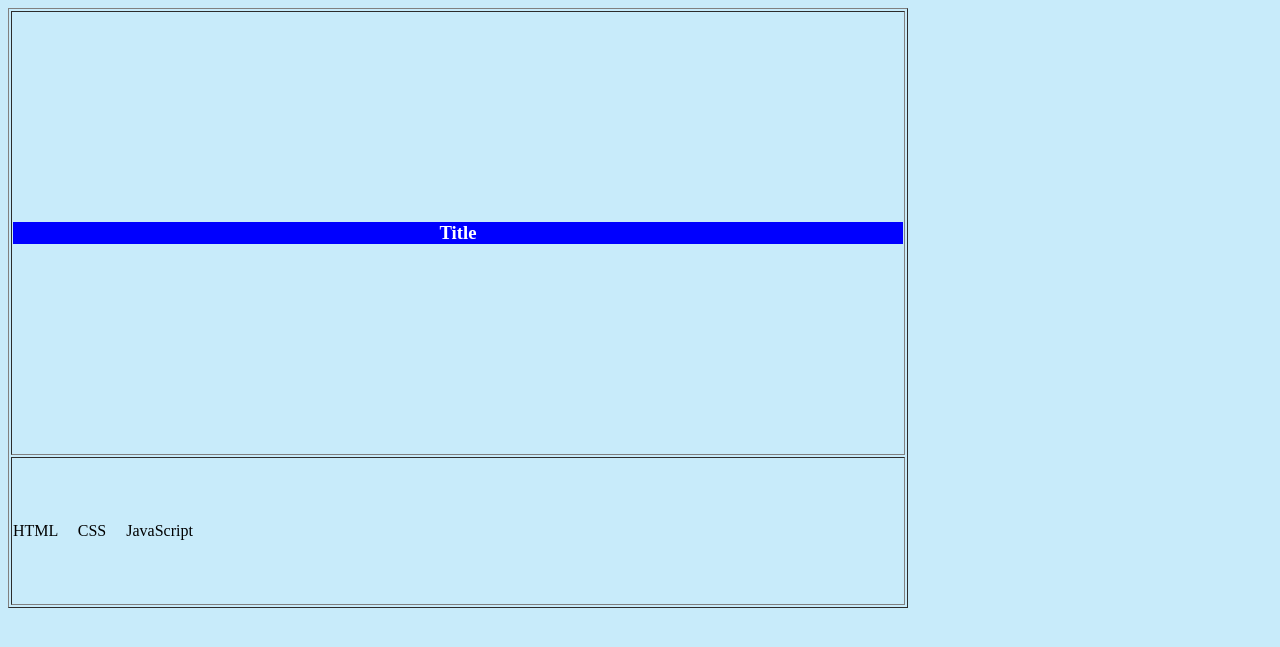
Repository: Hwangjiwon/MultiCampus
Page: http://localhost/2Study/jsp/header.jsp
An editor plug-in stored every save of this project. The page is shown before and after the next save, followed by the edit.
The browser window is 1280 px wide. The pictures show the whole page.
The page is served by Tomcat 9. Other server files are loaded and not shown.

Above is the page before, as saved 2019-05-31 06:10:32.

### 2Study/WebContent/jsp/header.jsp
<%@ page language="java" contentType="text/html; charset=UTF-8"
	pageEncoding="UTF-8"%>
<!DOCTYPE html>
<html>
<head>
<meta charset="UTF-8">
<title>HOME</title>

<!-- <link rel = "stylesheet" type = "text/css" href = "/2Study/css/style01.css"> -->
<style> @import "/2Study/css/style01.css";></style>
</head>
<body>
	<table border="1" width="900" height="600">
		<tr height="15%">
			<td colspan="2"><h3>Title</h3></td>
		</tr>
		<tr height="5%">
			<td colspan="2">HTML &nbsp;&nbsp;&nbsp; CSS &nbsp;&nbsp;&nbsp;
				JavaScript</td>
		</tr>

### 2Study/WebContent/css/style01.css
body {
	background: #C8EBFA;
}

h3 {
	background: blue;
	color: white;
	text-align: center;
}

After the next save:
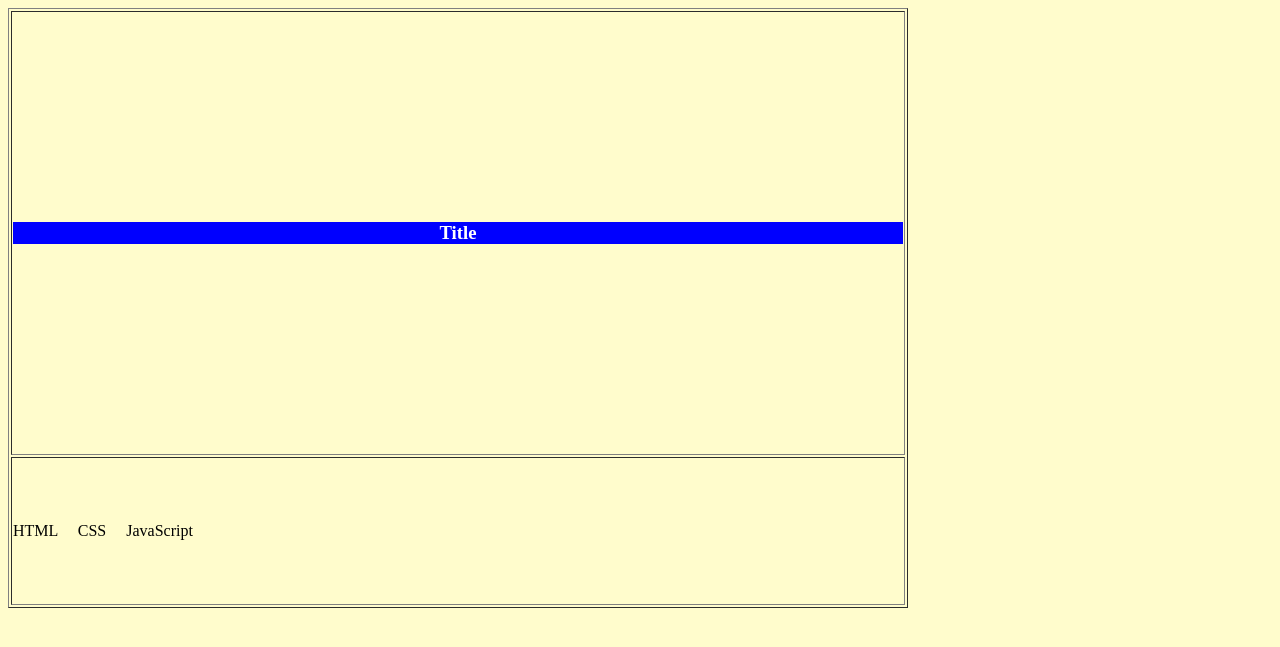
Saved 72 s later.
--- a/2Study/WebContent/jsp/header.jsp
+++ b/2Study/WebContent/jsp/header.jsp
@@ -9,7 +9,7 @@
 <!-- <link rel = "stylesheet" type = "text/css" href = "/2Study/css/style01.css"> -->
 <style> @import "/2Study/css/style01.css";></style>
 </head>
-<body>
+<body style = "background: #FFFCCC">
 	<table border="1" width="900" height="600">
 		<tr height="15%">
 			<td colspan="2"><h3>Title</h3></td>
